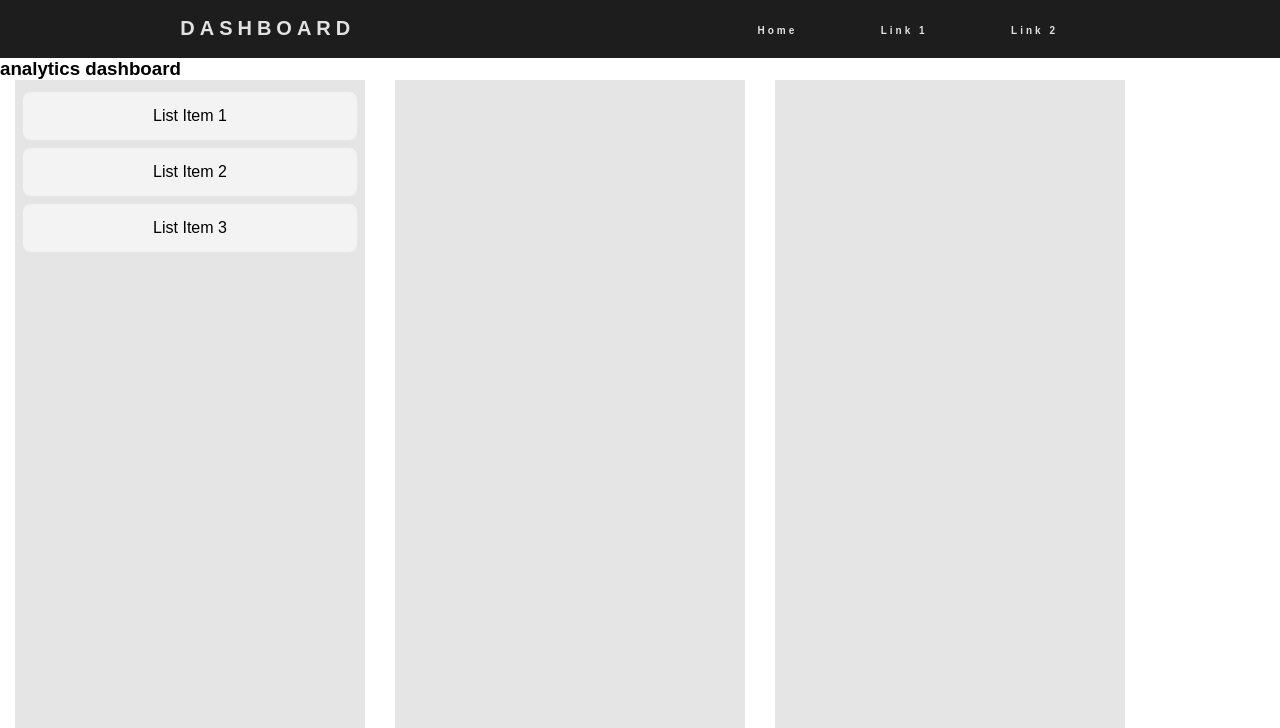
Repository: nourabdelhakam/drag-drop
Page: index.html
An editor plug-in stored every save of this project. The page is shown before and after the next save, followed by the edit.
The browser window is 1280 px wide. The pictures show the whole page.

Above is the page before, as saved 2020-07-03 07:52:39.

### index.html
<!DOCTYPE html>
<html lang="en">
<head>
    <meta charset="UTF-8">
    <meta name="viewport" content="width=device-width, initial-scale=1.0">
    <meta http-equiv="X-UA-Compatible" content="ie=edge">
    <title>Drag & Drop</title>
    <link rel="stylesheet" href="nav/nav.css">
    <link rel="stylesheet" href="css/main.css">
</head>
<body>

    <!-- <nav> -->
        <nav>
            <div class="logo">
                <h4>Dashboard</h4>
            </div>
            <ul class="nav-links">
                <li><a href="">Home</a></li>
                <li><a href="">Link 1</a></li>
                <li><a href="">Link 2</a></li>
            </ul>
            <div class="burger">
                <div class="line1"></div>
                <div class="line2"></div>
                <div class="line3"></div>
            </div>
        </nav>
      <!-- </nav> end of nav -->

      <section>
          <h3>analytics dashboard </h3>
      </section>

      <div class="container">
          <div class="lists">
              <div class="list">
                  <div class="list-item" draggable="true">List Item 1</div>
                  <div class="list-item" draggable="true">List Item 2</div>
                  <div class="list-item" draggable="true">List Item 3</div>
              </div>
              <div class="list"></div>
              <div class="list"></div>
          </div>
      </div>


    <script src="main.js" type="text/javascript"></script>
    <script src="nav/nav.js" type="text/javascript"></script>
</body>
</html>

### nav/nav.css
nav {
    display: flex;
    justify-content: space-around;
    align-items: center;
    min-height: 8vh;
    background-color: #1D1D1D;
    font-family: "Poppins", sans-serif;
}
.logo {
    color: rgb(226, 226, 226);
    text-transform: uppercase;
    letter-spacing: 5px;
    font-size: 20px;
}
.nav-links {
    display: flex;
    justify-content: space-around;
    width: 30%;
}
.nav-links li {
    list-style: none;
}
.nav-links a {
    color: rgb(226, 226, 226);
    text-decoration: none;
    letter-spacing: 3px;
    font-weight: bold;
    font-size: 10px;
}
.burger {
    display: none;
    cursor: pointer;
}
.burger div {
    width: 25px;
    height: 3px;
    background-color: rgb(226, 226, 226);
    margin: 5px;
    transition: all 0.3s ease;
}


@media screen and (max-width:1024px) {
    .nav-links {
        width: 60%;
    }
}

@media screen and (max-width:768px) {

    body {
        overflow-x: hidden;
    }
    .nav-links {
        position: absolute;
        right: 0px;
        height: 92vh;
        top: 8vh;
        background-color: #1D1D1D;
        display: flex;
        flex-direction: column;
        align-items: center;
        width: 50%;
        transform: translatex(100%);
        transition: transform 0.5s ease-in;
    }
    .nav-links li {
        opacity: 0;
    }
    .burger {
        display: block;
    }
}

.nav-active {
    transform: translatex(0%);
}

@keyframes navLinkFade {
    from {
        opacity: 0;
        transform: translatex(50%);
    }
    to {
        opacity: 1;
        transform: translatex(0%);
    }
}

.toggle .line1 {
    transform: rotate(-45deg) translate(-5px, 6px);
}
.toggle .line2 {
    opacity: 0;
}
.toggle .line3 {
    transform: rotate(45deg) translate(-5px, -6px);
}

.landing {
    height: 90vh;
    display: flex;
    justify-content: center;
    align-items: center;
}
.landing h1 {
    margin: 100px;
    font-size: 50px;
    color: #ae5fce;
}

### css/main.css
* {
    margin: 0;
    padding: 0;
    box-sizing: border-box;
}
body {
    font-family: Arial, Helvetica, sans-serif;
}
.container {
    display: flex;
    flex-flow: column;
    width: 90vw;
    height: 90vh;
}
.lists {
    display: flex;
    flex: 1;
    width: 100%;
    /* overflow: scroll; */
}
.lists .list {
    display: flex;
    flex-flow: column;
    flex: 1;

    width: 100%;
    min-width: 250px;
    max-width: 350px;
    height: 100%;
    min-height: 150px;

    background-color: rgba(0, 0, 0, 0.1);
    margin: 0 15px;
    padding: 8px;
    transition: all 0.2s linear;
}
.lists .list .list-item {
    background-color: #F3F3F3;
    border-radius: 8px;
    padding: 15px 20px;
    text-align: center;
    margin: 4px 0;
}

### main.js
const list_items = document.querySelectorAll('.list-item');
const lists = document.querySelectorAll('.list');

let draggedItem = null;

for (let i = 0; i < list_items.length; i++) {
	const item = list_items[i];

	item.addEventListener('dragstart', function () {
		draggedItem = item;
		setTimeout(function () {
			item.style.display = 'none';
		}, 0)
	});

	item.addEventListener('dragend', function () {
		setTimeout(function () {
			draggedItem.style.display = 'block';
			draggedItem = null;
		}, 0);
	})

	for (let j = 0; j < lists.length; j ++) {
		const list = lists[j];

		list.addEventListener('dragover', function (e) {
			e.preventDefault();
		});

		list.addEventListener('dragenter', function (e) {
			e.preventDefault();
			this.style.backgroundColor = 'rgba(0, 0, 0, 0.2)';
		});

		list.addEventListener('dragleave', function (e) {
			this.style.backgroundColor = 'rgba(0, 0, 0, 0.1)';
		});

		list.addEventListener('drop', function (e) {
			console.log('drop');
			this.append(draggedItem);
			this.style.backgroundColor = 'rgba(0, 0, 0, 0.1)';
		});
	}
}

### nav/nav.js
const navSlide = () => {
    const burger = document.querySelector('.burger');
    const nav = document.querySelector('.nav-links');
    const navLinks = document.querySelectorAll('.nav-links li');


    burger.addEventListener('click', () => {

        //Toggle Nav
        nav.classList.toggle('nav-active');

        //Animate Links
        navLinks.forEach((link, index) => {

            if (link.style.animation) {
                link.style.animation = '';
            } else {
                link.style.animation = `navLinkFade 0.5s ease forwards ${index / 7 + 0.3}s`;
            }

        });

        //Burger Animation
        burger.classList.toggle('toggle');
    });

}

navSlide();

After the next save:
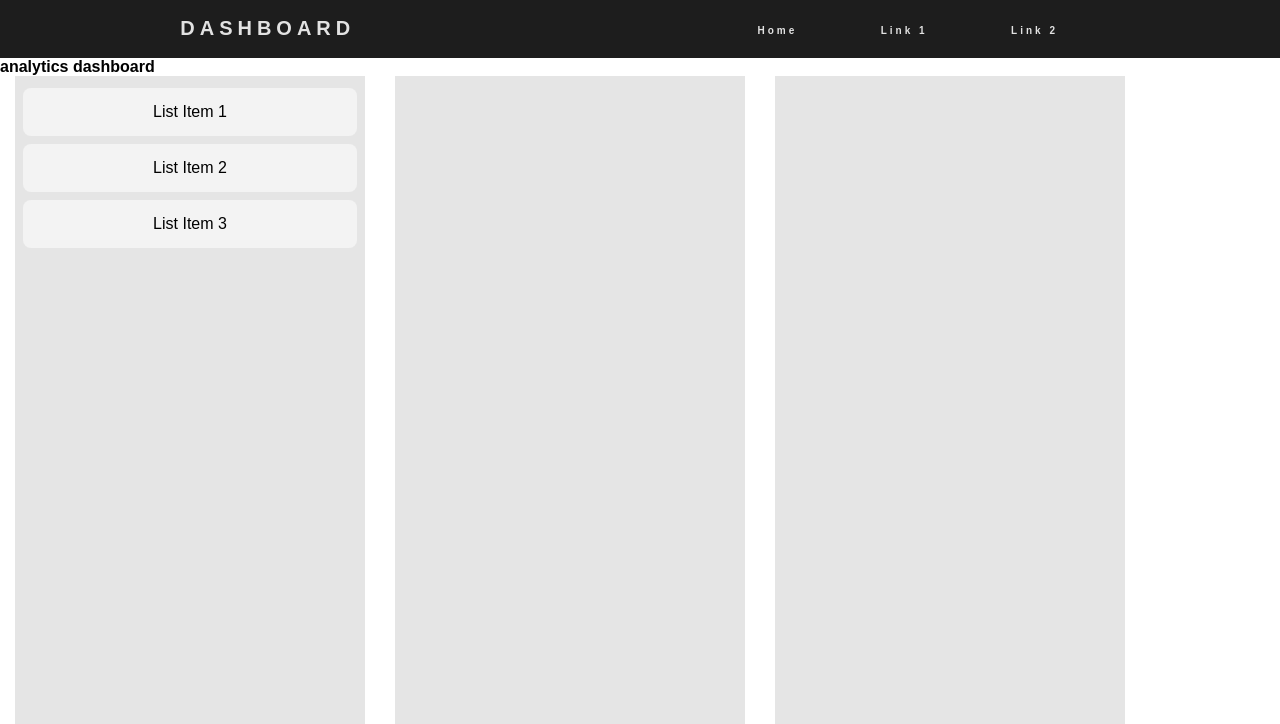
Saved 16 s later.
--- a/index.html
+++ b/index.html
@@ -29,7 +29,7 @@
       <!-- </nav> end of nav -->
 
       <section>
-          <h3>analytics dashboard </h3>
+          <h4>analytics dashboard </h4>
       </section>
 
       <div class="container">
